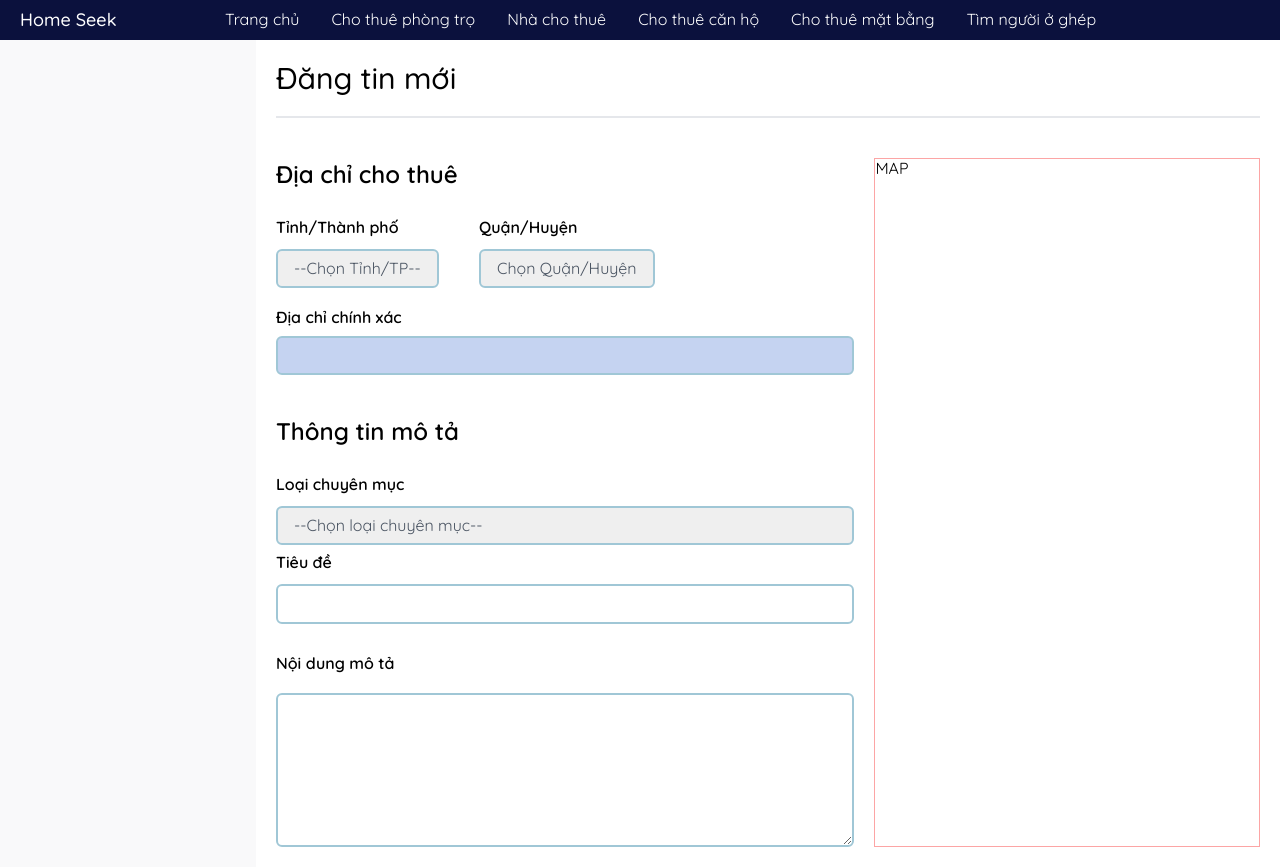
Repository: ajincome26/homeseek
Page: /create (app in client/)
These files come from the project's save history. The page is drawn as it stood at one moment and after the next save; the edit follows.
The browser window is 1280 px wide. The pictures show the whole page.
The page's requests for data from a server got no answer. The project was rebuilt for these pictures with package versions that can differ from the ones it lists, and the page was loaded fresh each time. Some packages were replaced by stand-ins written for this rebuild. No one was signed in, and anything a server would have sent is missing. Also part of the build but not shown: client/vite.config.ts, client/src/components/Footer/Footer.tsx, client/src/components/Button/Button.tsx, client/src/components/Button/index.ts, client/src/utils/utils.tsx, client/src/components/MainHeader/components/User.tsx, client/src/components/Popover/Popover.tsx, client/src/components/Popover/index.ts and 16 more.

Above is the page before, as saved 2024-01-10 05:22:34.

After the next save:
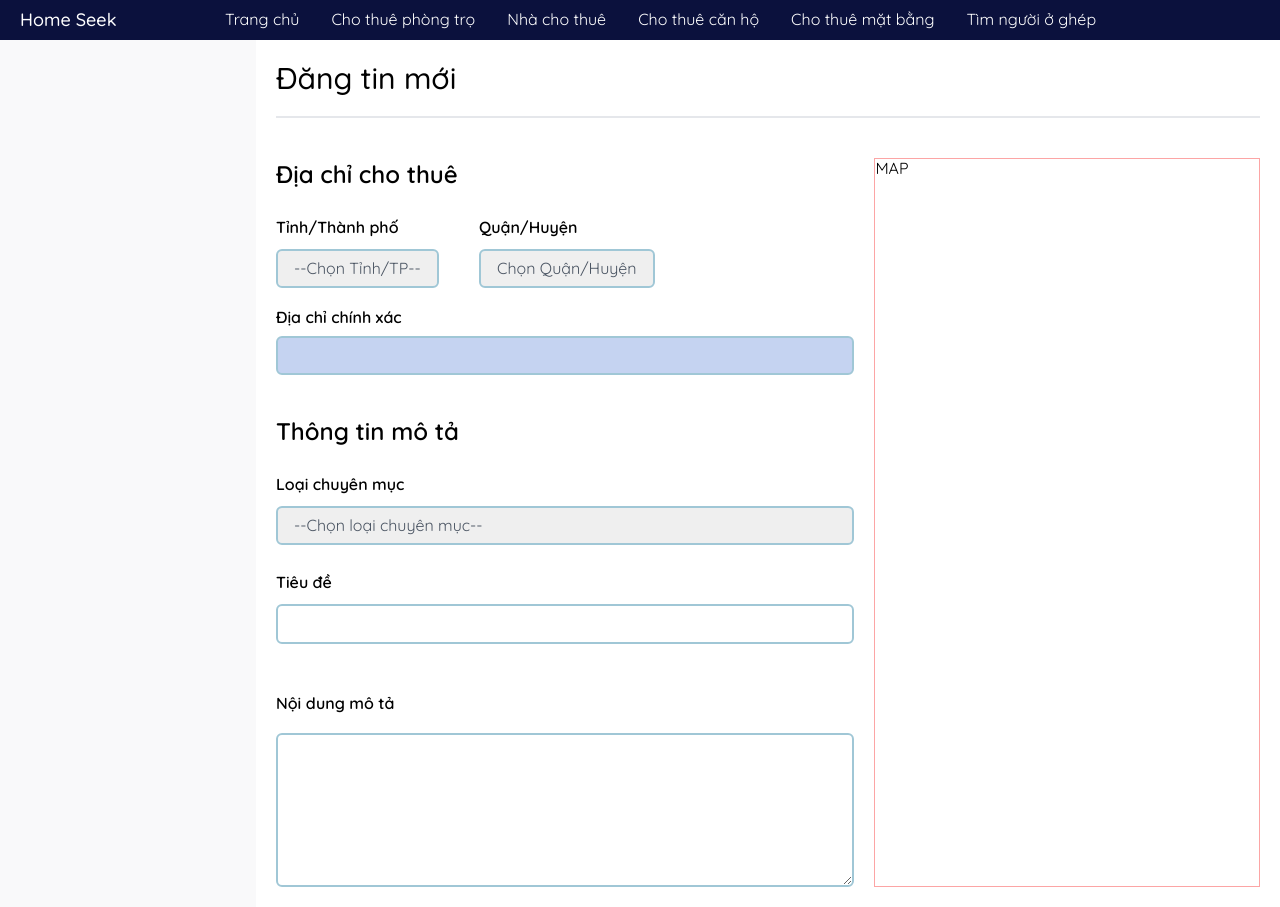
Saved 21 s later.
--- a/client/src/pages/CreatePostPage/components/Overview.tsx
+++ b/client/src/pages/CreatePostPage/components/Overview.tsx
@@ -23,42 +23,44 @@ const Overview = () => {
   return (
     <div>
       <h1 className='mb-5 text-2xl font-semibold'>Thông tin mô tả</h1>
-      <Field>
-        <Label textColor='text-black' htmlFor='title'>
-          Loại chuyên mục
-        </Label>
-        <Select
-          type='category'
-          optionTitle='--Chọn loại chuyên mục--'
-          categories={categories as []}
-          value={category}
-          setValue={setCategory}
-        />
-      </Field>
-      <Field>
-        <Label textColor='text-black' htmlFor='title'>
-          Tiêu đề
-        </Label>
-        <Input
-          className='focus:border-[#4b5fc2] hover:border-[#a0c7d6] cr-input-text'
-          register={register}
-          name='title'
-          errorMessage={errors.title?.message}
-        />
-      </Field>
-      <Field>
-        <Label textColor='text-black' htmlFor='title'>
-          Nội dung mô tả
-        </Label>
-        <textarea
-          id='desc'
-          className='mt-2 cr-input-text'
-          rows={7}
-          // value={payload.description}
-          // onChange={(e) => setPayload((prev) => ({ ...prev, description: e.target.value }))}
-          // onFocus={() => setInvalidFields([])}
-        />
-      </Field>
+      <div className='flex flex-col gap-5'>
+        <Field>
+          <Label textColor='text-black' htmlFor='title'>
+            Loại chuyên mục
+          </Label>
+          <Select
+            type='category'
+            optionTitle='--Chọn loại chuyên mục--'
+            categories={categories as []}
+            value={category}
+            setValue={setCategory}
+          />
+        </Field>
+        <Field>
+          <Label textColor='text-black' htmlFor='title'>
+            Tiêu đề
+          </Label>
+          <Input
+            className='focus:border-[#4b5fc2] hover:border-[#a0c7d6] cr-input-text'
+            register={register}
+            name='title'
+            errorMessage={errors.title?.message}
+          />
+        </Field>
+        <Field>
+          <Label textColor='text-black' htmlFor='title'>
+            Nội dung mô tả
+          </Label>
+          <textarea
+            id='desc'
+            className='mt-2 cr-input-text'
+            rows={7}
+            // value={payload.description}
+            // onChange={(e) => setPayload((prev) => ({ ...prev, description: e.target.value }))}
+            // onFocus={() => setInvalidFields([])}
+          />
+        </Field>
+      </div>
     </div>
   )
 }
